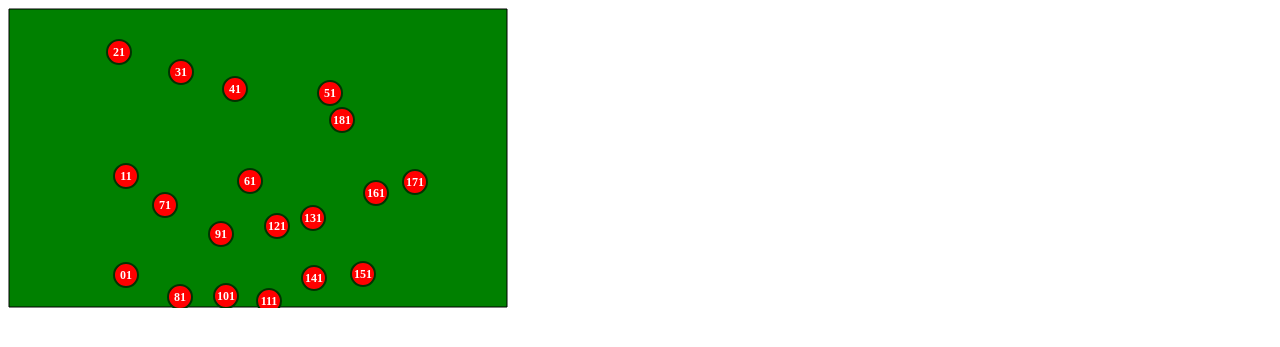
Repository: RathipriyaChandrasekaran/dotlite
Page: ConnectDots/animals.html
An editor plug-in stored every save of this project. The page is shown before and after the next save, followed by the edit.
The browser window is 1280 px wide. The pictures show the whole page.

Above is the page before, as saved 2014-12-14 20:44:52.

After the next save:
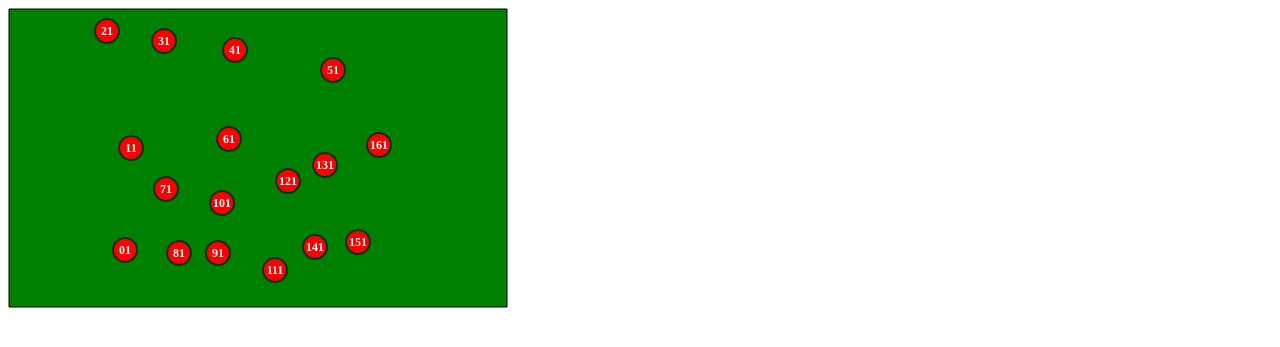
Saved 3 min 31 s later.
--- a/ConnectDots/animals.html
+++ b/ConnectDots/animals.html
@@ -15,7 +15,7 @@
   var animals = [
                  {
                      url : "http://data1.whicdn.com/images/30005420/large.png",
-                     points : [{"x":118,"y":267},{"x":118,"y":168},{"x":111,"y":44},{"x":173,"y":64},{"x":227,"y":81},{"x":322,"y":85},{"x":242,"y":173},{"x":157,"y":197},{"x":172,"y":289},{"x":213,"y":226},{"x":218,"y":288},{"x":261,"y":293},{"x":269,"y":218},{"x":305,"y":210},{"x":306,"y":270},{"x":355,"y":266},{"x":368,"y":185},{"x":407,"y":174},{"x":334,"y":112}]
+                     points : [{"x":117,"y":242},{"x":123,"y":140},{"x":99,"y":23},{"x":156,"y":33},{"x":227,"y":42},{"x":325,"y":62},{"x":221,"y":131},{"x":158,"y":181},{"x":171,"y":245},{"x":210,"y":245},{"x":214,"y":195},{"x":267,"y":262},{"x":280,"y":173},{"x":317,"y":157},{"x":307,"y":239},{"x":350,"y":234},{"x":371,"y":137}]
                  }
                  ];
 
